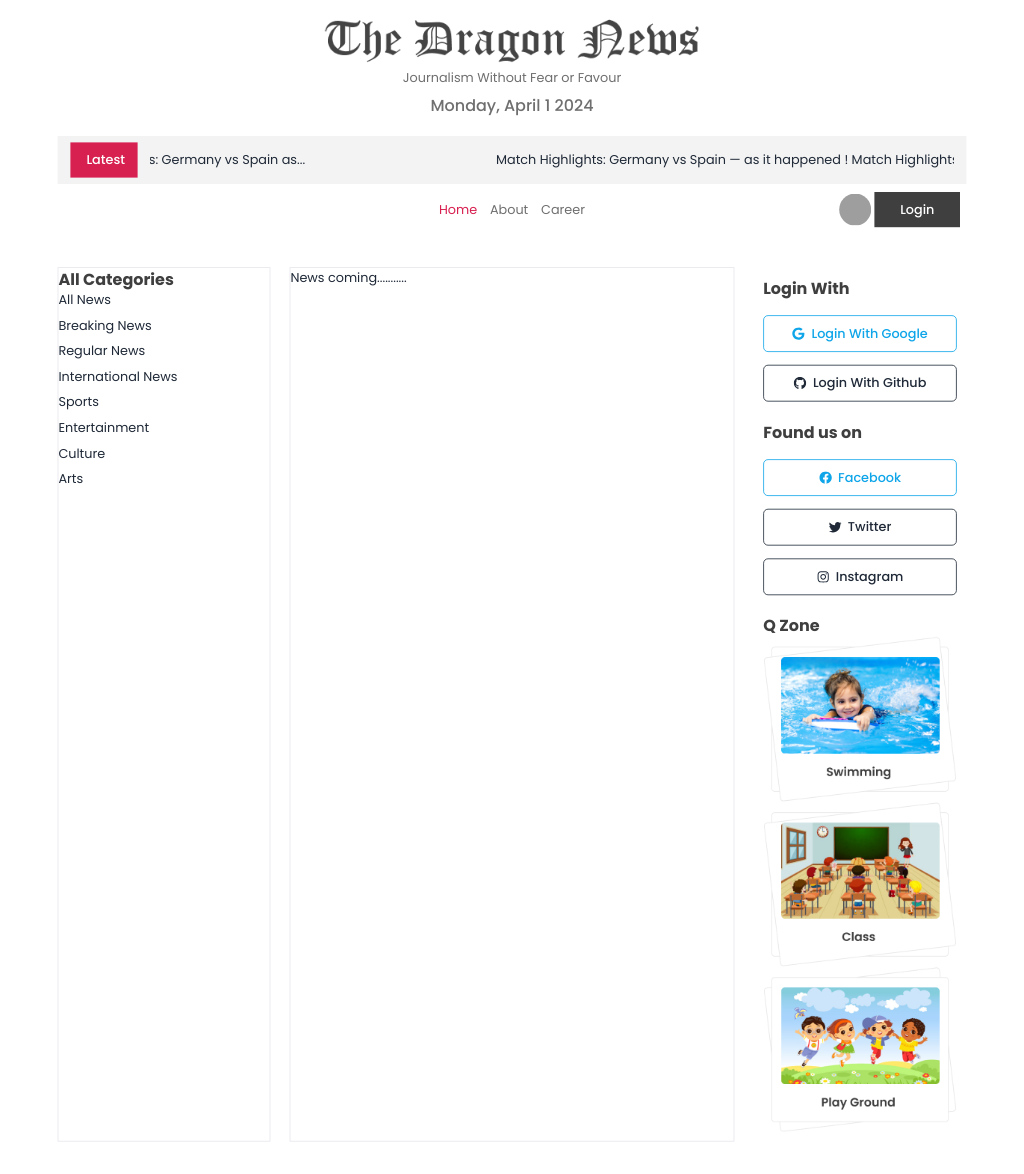
Repository: ShouravAhammed/react-dragon-news-auth
Page: /
The author's editor kept a copy of each file at every save. The page is drawn from the files as they stood at one save, then again after the next save.
The browser window is 1280 px wide. The pictures show the whole page, at 80% of full size.
Pictures or frames that could not be fetched are drawn as grey boxes. The project was rebuilt for these pictures with package versions that can differ from the ones it lists, and the page was loaded fresh each time. Also part of the build but not shown: vite.config.js, src/pages/About/About.jsx, src/pages/Career/Career.jsx.

Above is the page before, as saved 2024-04-14 02:09:24.

After the next save:
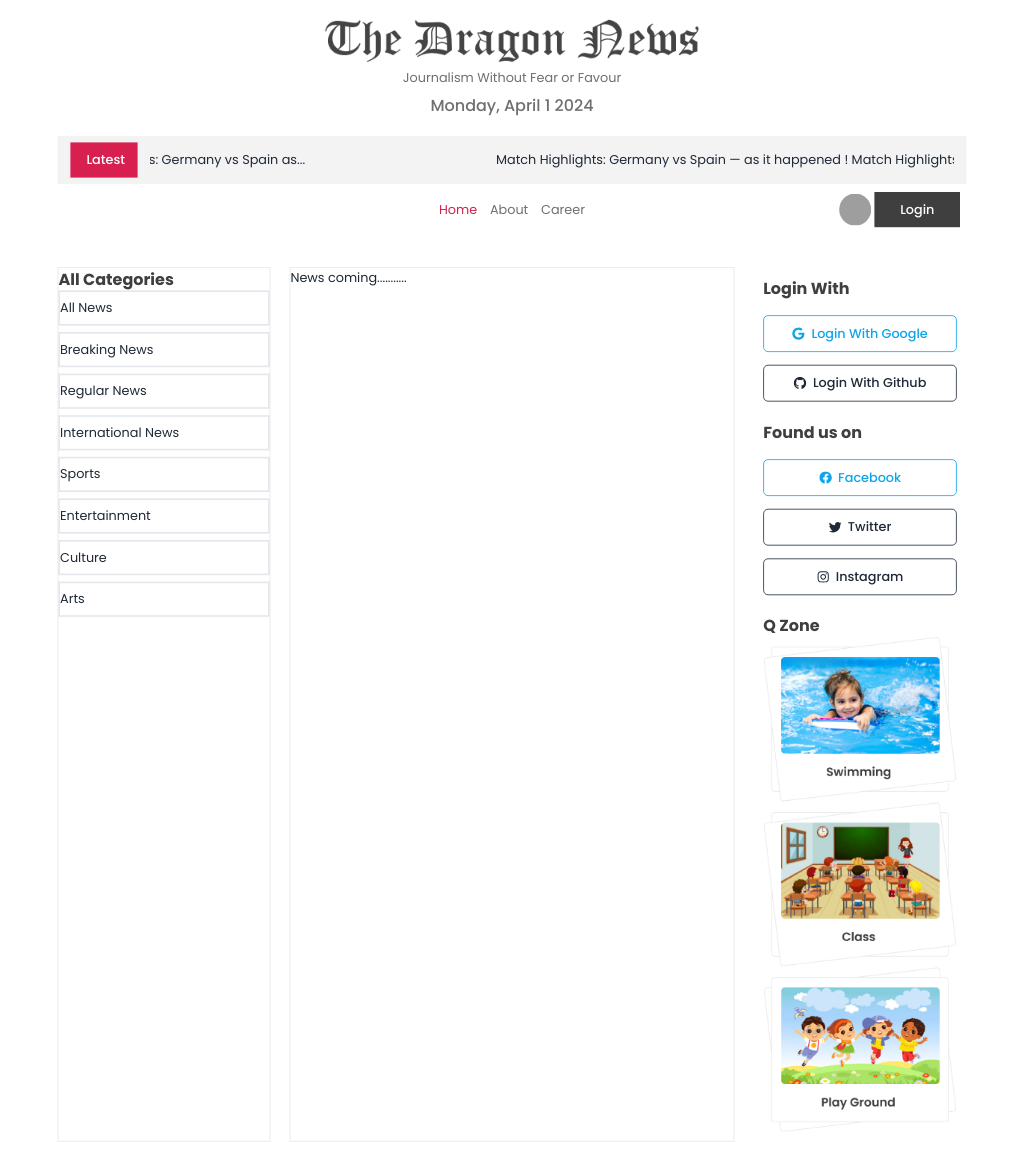
Saved 22 s later.
--- a/src/pages/Shared/LeftSideNav/LeftSideNav.jsx
+++ b/src/pages/Shared/LeftSideNav/LeftSideNav.jsx
@@ -16,7 +16,7 @@ const LeftSideNav = () => {
            <div>
            <h3 className="text-xl font-bold text-[#403F3F]">All Categories</h3>
            {
-            categories.map(categoryItem => <Link key={categoryItem.id} to={`/category/${categoryItem.id}`} className="block mb-2">{categoryItem.name}</Link>)
+            categories.map(categoryItem => <Link key={categoryItem.id} to={`/category/${categoryItem.id}`} className="block mb-2 py-2 border-2">{categoryItem.name}</Link>)
            }
            </div>
 
